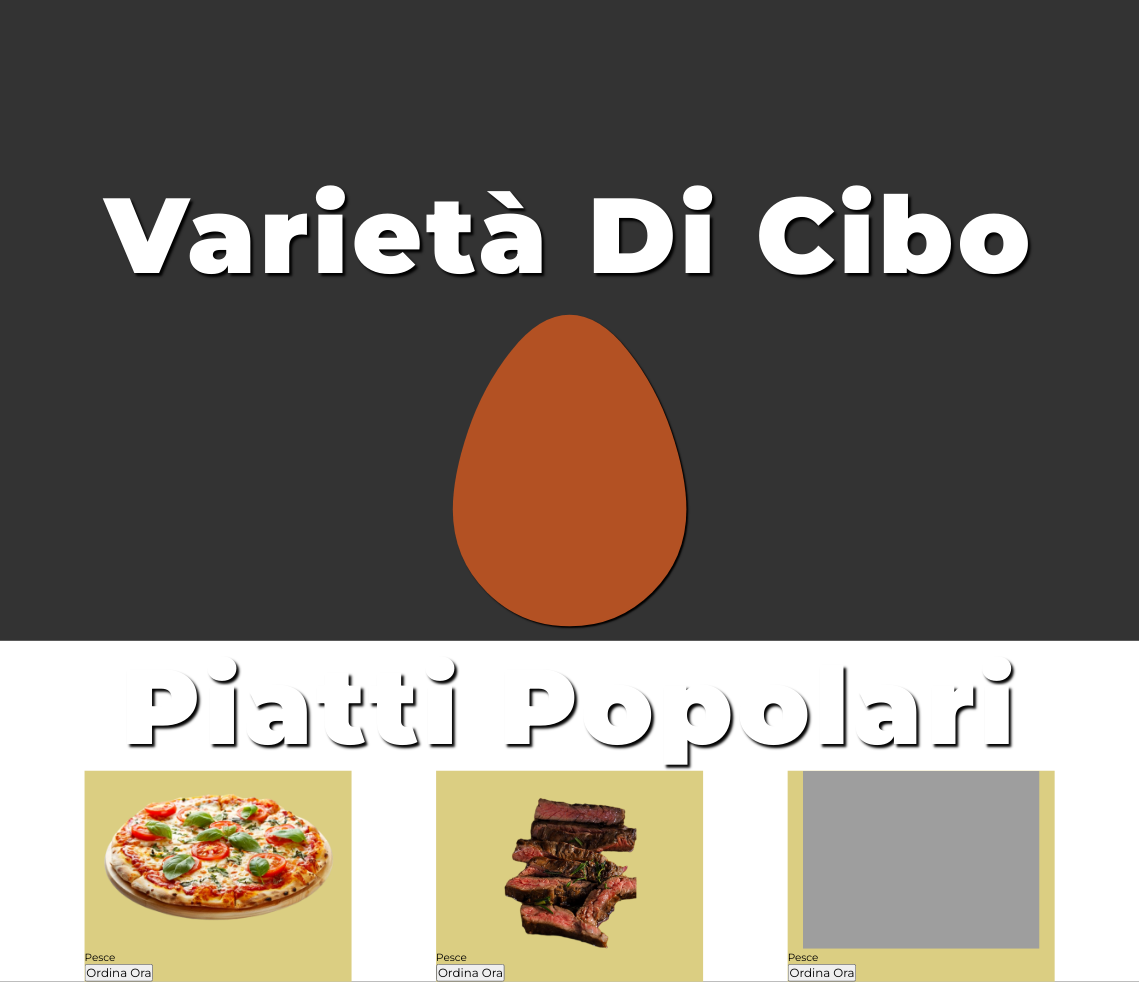
Repository: Probyte5D/ResponsiveFoodWebsite
Page: index.html
An editor plug-in stored every save of this project. The page is shown before and after the next save, followed by the edit.
The browser window is 1280 px wide. The pictures show the whole page, at 89% of full size.
Pictures or frames that could not be fetched are drawn as grey boxes. Some web fonts or font styles are not loaded; a fallback is used.

Above is the page before, as saved 2025-04-05 03:21:59.

After the next save:
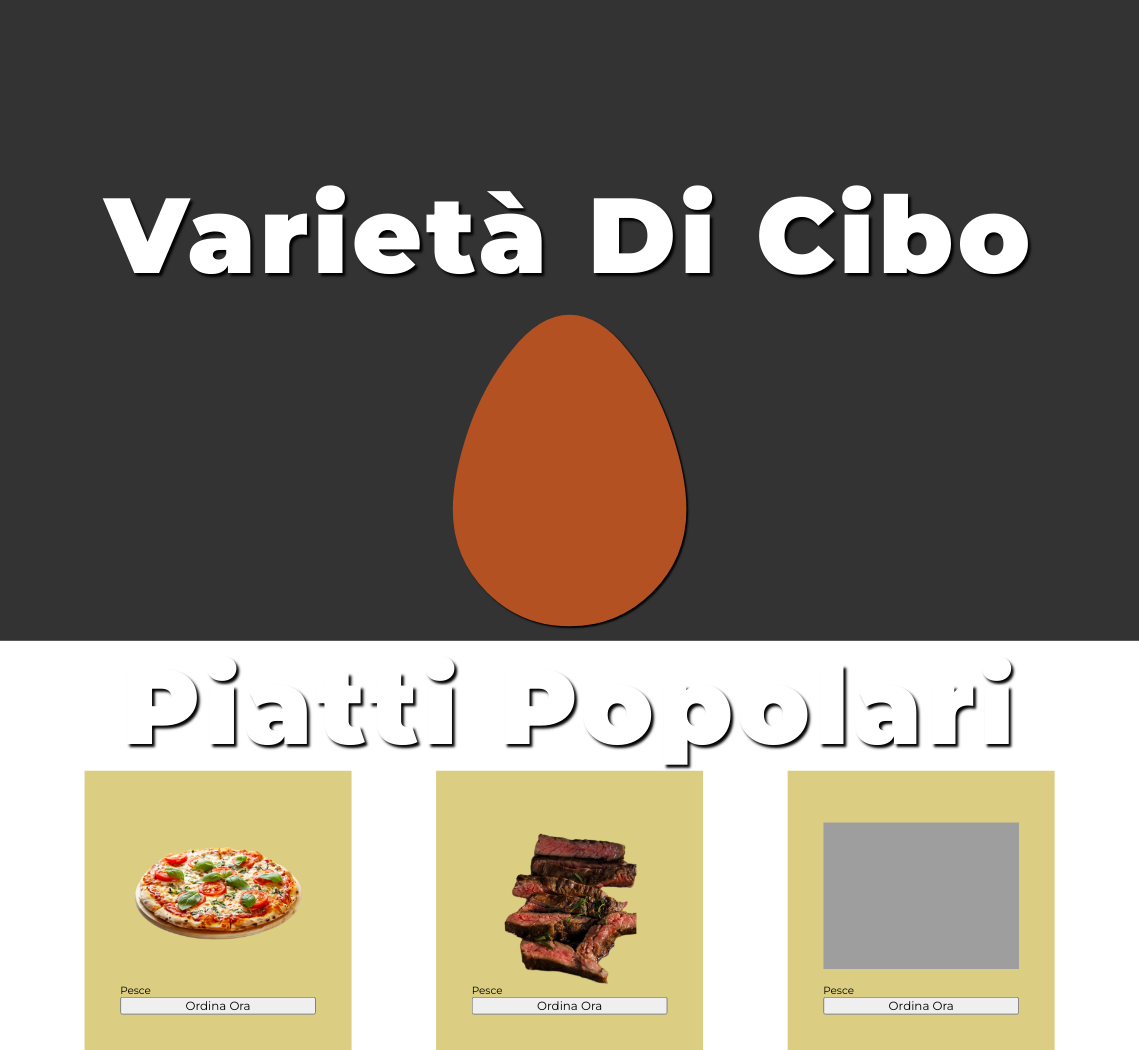
Saved 2 min 45 s later.
--- a/style.css
+++ b/style.css
@@ -79,6 +79,9 @@
 .card{
   width: 30rem;
   background-color: rgb(219, 206, 130);
+  padding: 4rem;
+  display: flex;
+  flex-direction: column;
 }
 .card-img {
   width: 100%;               /* L'immagine occuperà tutta la larghezza disponibile */
